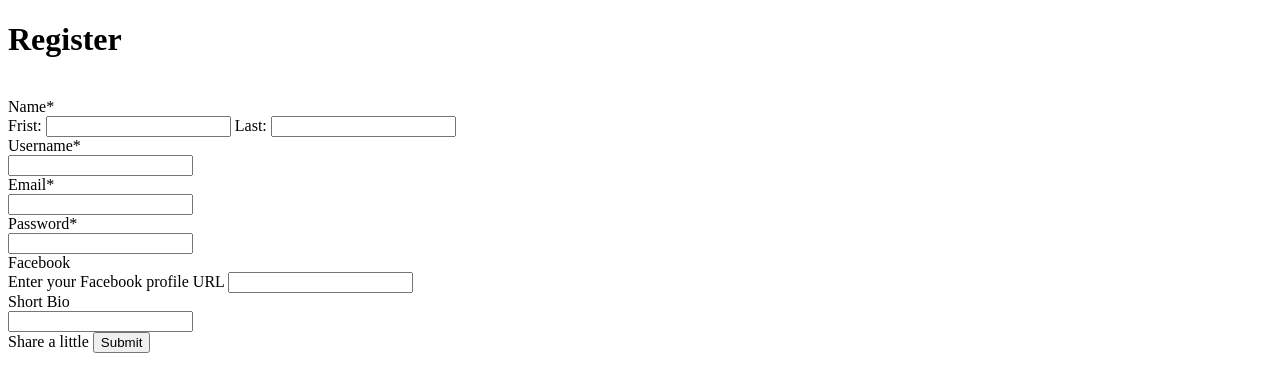
Repository: Knguyen2003/Spring
Page: JavaServlet/Tuan1/PhanNguyenKhoiNguyen_21068021_Tuan1/src/main/webapp/index.html
These files come from the project's save history. The page is drawn as it stood at one moment and after the next save; the edit follows.
The browser window is 1280 px wide. The pictures show the whole page.

Above is the page before, as saved 2024-08-21 11:57:04.

After the next save:
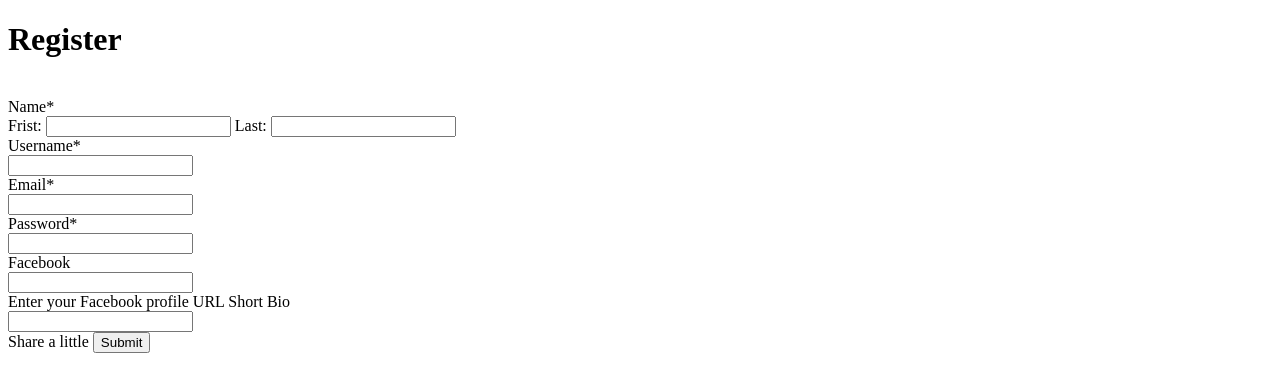
Saved 76 s later.
--- a/JavaServlet/Tuan1/PhanNguyenKhoiNguyen_21068021_Tuan1/src/main/webapp/index.html
+++ b/JavaServlet/Tuan1/PhanNguyenKhoiNguyen_21068021_Tuan1/src/main/webapp/index.html
@@ -18,8 +18,8 @@
         <label>Password*</label> <br>
         <input type="password" name="pw"> <br>
         <label>Facebook</label> <br>
+        <input type="text" name="face"> <br>
         <label>Enter your Facebook profile URL</label>
-        <input type="text" name="face"> <br>
         <label>Short Bio</label> <br>
         <input type="text" name="short"> <br>
         <label>Share a little </label>
